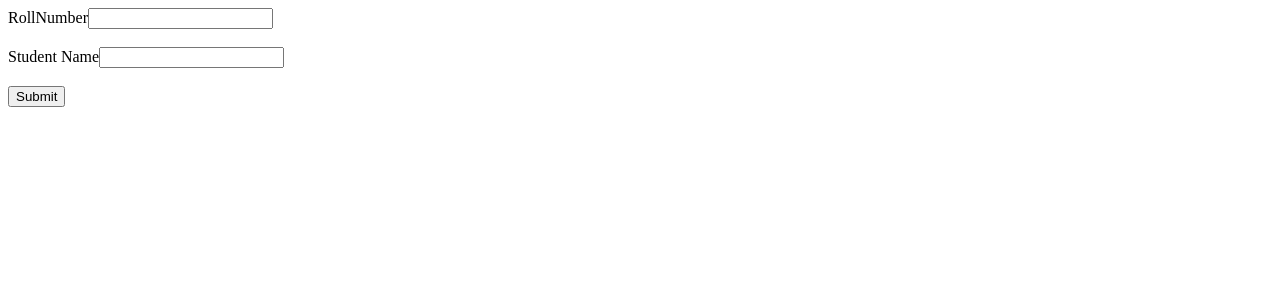
Repository: nitesh0402/spring-mvc-project
Page: http://localhost/SpringCrud/
An editor plug-in stored every save of this project. The page is shown before and after the next save, followed by the edit.
The browser window is 1280 px wide. The pictures show the whole page.
The page is served by Tomcat 9.

Above is the page before, as saved 2022-06-18 14:39:54.

After the next save:
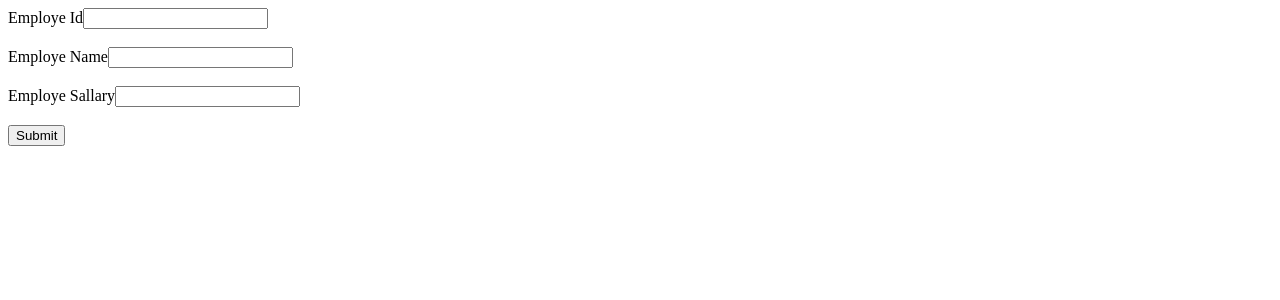
Saved 97 s later.
--- a/new-nitesh-workspace/SpringCrud/src/main/webapp/index.jsp
+++ b/new-nitesh-workspace/SpringCrud/src/main/webapp/index.jsp
@@ -10,11 +10,11 @@
 <!--  <a href="si">call SiForm</a><br><br>  -->
 
 
-<form action="stuDetail">
+<!-- <form action="stuDetail">
 RollNumber<input type="number" name="rollNum" id="rollNum"><br><br>
 Student Name<input type="text" name="name" id="name"><br><br>
 <input type="submit">
-</form>
+</form>   -->
 
 <!--   <form action="DeleteempRecord">deleteData
 Employe Id<input type="number" name="empId" id="empId"><br><br>
@@ -23,14 +23,14 @@ Employe Id<input type="number" name="empId" id="empId"><br><br>
    -->
 
 
-<!--  <form action="Insert">
+ <form action="Insert">
 Employe Id<input type="number" name="empId" id="empId"><br><br>
 Employe Name<input type="text" name="empName" id="empName"><br><br>
 
 Employe Sallary<input type="number" name="empSall" id="empSall"><br><br>
 <input type="submit">
 </form>
-  -->
+
 
 </body>
 </html>
